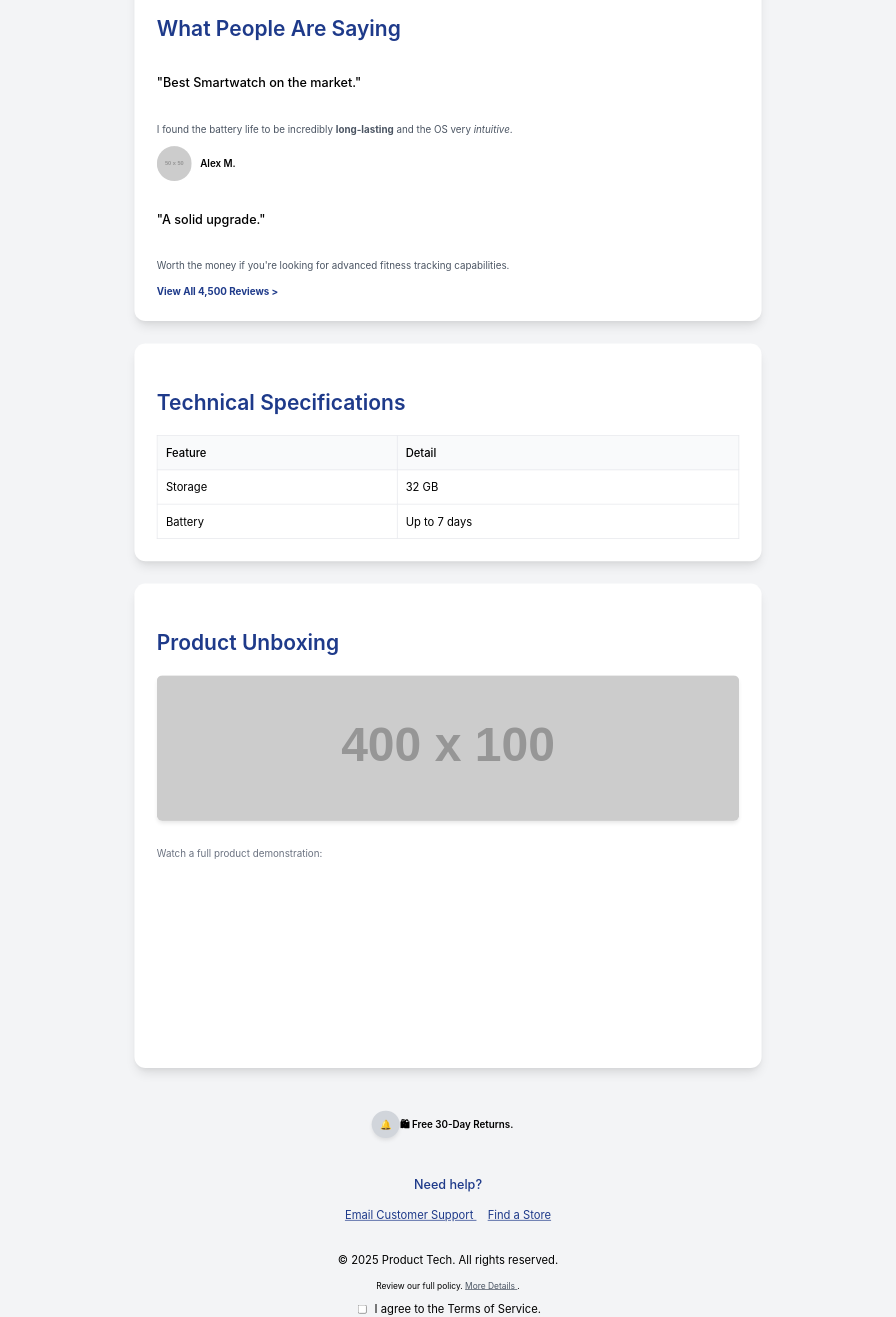
Repository: Tan47s/Accesability-Webpage
Page: ProductPage(modified).html
These files come from the project's save history. The page is drawn as it stood at one moment and after the next save; the edit follows.
The browser window is 1280 px wide. The pictures show the part of the page from y = 1324 to 3244 px (the page is 3206 px tall before and 3244 px after), at 70% of full size.
Pictures or frames that could not be fetched are drawn as grey boxes.

Above is the page before, as saved 2025-12-08 12:08:49.

### ProductPage(modified).html
<!DOCTYPE html>
<html lang="en"> <!--added lang attribute -->
<head>
    <meta charset="UTF-8">
    <meta name="viewport" content="width=device-width, initial-scale=1.0">
    <title>Product Launch</title>
    <style>
        :root {
            --brand-blue: #1e3a8a;
            --light-blue-text: #ffffff;
            --low-contrast-red: #111111; /*improved contrast */
            --dark-gray: #4b5563;
        }

        :focus { outline: none; }

        body {
            font-family: 'Inter', sans-serif;
            font-size: 16px;
            background-color: #f3f4f6;
            line-height: 1.5;
            margin: 0;
            padding: 0;
        }

        .container {
            max-width: 896px;
            margin-left: auto;
            margin-right: auto;
            padding-left: 1rem;
            padding-right: 1rem;
        }

        .header {
            background-color: var(--brand-blue);
            color: white;
            padding-top: 1rem;
            padding-bottom: 1rem;
            box-shadow: 0 10px 15px -3px rgba(0,0,0,0.1),
                        0 4px 6px -2px rgba(0,0,0,0.05);
            position: sticky;
            top: 0;
            z-index: 10;
        }

        .flex-row-center {
            display: flex;
            justify-content: space-between;
            align-items: center;
        }

        .product-section {
            background-color: #ffffff;
            padding: 32px;
            border-radius: 16px;
            box-shadow: 0 10px 15px -3px rgba(0,0,0,0.1),
                        0 4px 6px -2px rgba(0,0,0,0.05);
            margin-bottom: 32px;
        }

        .product-layout {
            display: flex;
            flex-direction: column;
            gap: 32px;
        }

        @media (min-width: 768px) {
            .product-layout {
                flex-direction: row;
            }
            .product-layout > div {
                width: 50%;
            }
        }

        .search-input {
            padding: 8px;
            font-size: 0.875rem;
            color: #1f2937;
            border-radius: 8px;
            border: 1px solid #d1d5db;
        }

        .justified-text { text-align: justify; }

        .sale-indicator {
            color: var(--low-contrast-red);
            font-size: 1rem;
            font-weight: bold;
        }

        .Produt-title { font-size: 48px; margin: 1%; }
        .Price { font-size: 26px; margin: 1%; }

        .def-image {
            margin: 10%;
            width: 350px;
            height: 350px;
            object-fit: contain;
            border-radius: 20px;
        }

        .color-options {
            margin-top: 20px;
            display: flex;
            justify-content: center;
            gap: 15px;
        }

        .color-circle {
            width: 20px;
            height: 20px;
            border-radius: 50%;
            cursor: pointer;
            border: 2px solid #ddd;
            transition: transform 0.2s ease;
        }

        .view-image {
            position: relative;
            left: 125px;
            margin-bottom: 10px;
        }

        .low-contrast-button {
            background-color: #3b82f6;
            color: var(--light-blue-text);
            display: block;
            text-align: center;
            padding: 1rem;
            font-weight: bold;
            border-radius: 8px;
            cursor: pointer;
            font-size: 1.25rem;
        }

        .input-style {
            padding: 12px;
            border: 1px solid #d1d5db;
            border-radius: 8px;
            width: 100%;
        }

        .main-content {
            padding: 24px;
            margin-top: 0;
            margin-bottom: 0;
        }
    </style>

</head>
<body>

    <div class="header">
        <div class="container flex-row-center">
            <h2 style="font-size: 2.25rem; font-weight: 800;">Product X</h2>

            <div style="display: flex; align-items: center; gap: 1.5rem;"> <!-- MODIFIED -->

                <input type="search"
                       class="search-input"
                       placeholder="Search products..."
                       title="Search products"
                       style="width: 220px;"> <!-- MODIFIED -->

                <button onclick="runSearch()" aria-label="Search button"
                        style="background:none; border:none; cursor:pointer; color:white;">
                    <svg xmlns="http://www.w3.org/2000/svg" width="22" height="22"
                        fill="none" stroke="currentColor" stroke-width="2"
                        stroke-linecap="round" stroke-linejoin="round">
                        <circle cx="11" cy="11" r="8"></circle>
                        <line x1="21" y1="21" x2="16.65" y2="16.65"></line>
                    </svg>
                </button>

                <button aria-label="Cart" style="background:none; border:none; cursor:pointer; color:white;">
                    <svg xmlns="http://www.w3.org/2000/svg" style="height:24px;width:24px;" fill="none"
                         viewBox="0 0 24 24" stroke="currentColor" stroke-width="2">
                        <path stroke-linecap="round" stroke-linejoin="round"
                              d="M3 3h2l.4 2M7 13h10l4-8H5.4M7 13
                                  L5.4 5M7 13l-2.293 2.293c-.63.63-.184 1.707.707 1.707H17
                                  m0 0a2 2 0 100 4 2 2 0 000-4
                                  m-8 2a2 2 0 11-4 0 2 2 0 014 0z" />
                    </svg>
                </button>

            </div>
        </div>
    </div>

    <main class="container main-content">


        <section id="product-spotlight" class="product-section">
            <div class="product-layout">

                <div class="Product-image">
                    <img id="default-image"
                        src="https://smartwatch-straps.co.uk/cdn/shop/files/zwart_b0353297-f6f7-4c34-970d-a214b41f9507.jpg?v=1725032130"
                        class="def-image" alt="Product">

                    <a href="https://smartwatch-straps.co.uk/cdn/shop/files/zwart_b0353297-f6f7-4c34-970d-a214b41f9507.jpg?v=1725032130"
                        target="_blank" class="view-image">
                        View Product Image
                    </a>

                    <div class="color-options">
                        <div class="color-circle"
                            data-img="https://smartwatch-straps.co.uk/cdn/shop/files/donkerblauw_d25abeb5-d6a6-41f2-b02a-d47b17d8ccf4.jpg?v=1725032229&width=600"
                            data-color="Blue" style="background:#1e3a8a;"></div>

                        <div class="color-circle"
                            data-img="https://smartwatch-straps.co.uk/cdn/shop/files/rood_c1f84d11-1299-4c18-b778-5f294b51209f.jpg?v=1725032151&width=600"
                            data-color="Red" style="background:#dc2626;"></div>

                        <div class="color-circle"
                            data-img="https://smartwatch-straps.co.uk/cdn/shop/files/zwart_b0353297-f6f7-4c34-970d-a214b41f9507.jpg?v=1725032130"
                            data-color="Black" style="background:#111827;"></div>
                    </div>
                </div>

                <div style="display:flex;flex-direction:column;gap:1.5rem;">
                    <h1 class="sale-indicator">Sale! 40% OFF Today.</h1>
                    <h1 class="Produt-title">Product X pro 2</h1>
                    <h1 class="Price">Price - 299$</h1>

                    <p>Experience the future on your wrist with the Product X Ultra...</p>

                    <select id="size-select" class="input-style">
                        <option value="">-- Select Size --</option>
                        <option value="42mm">42mm (Standard)</option>
                        <option value="46mm">46mm (Large)</option>
                    </select>

                    <div id="buy-now-btn" class="low-contrast-button" onclick="addToCart()">
                        Add to Cart
                    </div>

                    <div id="cart-status" style="display:none;"></div>
                </div>

            </div>
        </section>


        <section id="features" class="product-section">
            <h2 style="font-size:1.875rem;font-weight:600;color:var(--brand-blue); margin-bottom:1.5rem;">
                Core Features
            </h2> <!-- fixed heading skip -->

            <div class="features-grid">
                <div class="feature-card">
                    <p style="font-size:1.25rem;font-weight:500;">1. Always-On Display</p>
                    <p style="font-size:0.875rem;color:#4b5563;">Check your metrics at a glance, day or night.</p>
                </div>

                <div class="feature-card">
                    <p style="font-size:1.25rem;font-weight:500;">2. Ultra Health Monitoring</p>
                    <p style="font-size:0.875rem;color:#4b5563;">ECG, Sleep Tracking, and Blood Oxygen.</p>
                </div>

                <div class="feature-card">
                    <p style="font-size:1.25rem;font-weight:500;">3. Waterproof Design</p>
                    <p style="font-size:0.875rem;color:#4b5563;">Rated IP68 for swimming and harsh conditions.</p>
                </div>
            </div>

            <p style="font-size:0.875rem;margin-top:2rem;color:#6b7280;" class="justified-text">
                The Product X Smartwatch represents a major leap in wearable technology...
            </p>
        </section>


        <section id="reviews" class="product-section">
            <h3 style="font-size:1.875rem;font-weight:600;color:var(--brand-blue);margin-bottom:1.5rem;">
                What People Are Saying
            </h3>

            <div class="review-divider">
                <h6 style="font-size:1.125rem;font-weight:500;">"Best Smartwatch on the market."</h6>

                <p style="font-size:0.875rem;color:#4b5563;margin-top:4px;">
                    I found the battery life to be incredibly
                    <b style="color:#4b5563;">long-lasting</b> and the OS very <i>intuitive</i>.<!-- fixed contrast -->
                </p>

                <div style="display:flex;align-items:center;margin-top:12px;">
                    <img src="https://placehold.co/50x50/d1d5db/374151?text=A"
                         alt="picture"
                         class="review-author-img"
                         style="border-radius:9999px;margin-right:12px;">
                    <p style="font-size:0.875rem;font-weight:600;">Alex M.</p>
                </div>
            </div>

            <div class="review-divider">
                <h6 style="font-size:1.125rem;font-weight:500;">"A solid upgrade."</h6>
                <p style="font-size:0.875rem;color:#4b5563;margin-top:4px;">
                    Worth the money if you're looking for advanced fitness tracking capabilities.
                </p>
            </div>

            <span id="next-product-span"
                  style="font-size:0.875rem;font-weight:700;color:var(--brand-blue);
                         cursor:pointer;margin-top:16px;display:block;">
                View All 4,500 Reviews &gt;
            </span>
        </section>


        <section id="tech-specs" class="product-section">
            <h3 style="font-size:1.875rem;font-weight:600;color:var(--brand-blue);margin-bottom:1.5rem;">
                Technical Specifications
            </h3>

            <table style="width:100%;text-align:left;border-collapse:collapse;border:1px solid #e5e7eb;">
                <thead>
                    <tr style="background-color:#f9fafb;">
                        <th style="border:1px solid #e5e7eb;padding:12px;font-weight:500;">Feature</th>
                        <th style="border:1px solid #e5e7eb;padding:12px;font-weight:500;">Detail</th>
                    </tr>
                </thead>
                <tbody>
                    <tr>
                        <td style="border:1px solid #e5e7eb;padding:12px;">Storage</td>
                        <td style="border:1px solid #e5e7eb;padding:12px;">32 GB</td>
                    </tr>
                    <tr>
                        <td style="border:1px solid #e5e7eb;padding:12px;">Battery</td>
                        <td style="border:1px solid #e5e7eb;padding:12px;">Up to 7 days</td>
                    </tr>
                </tbody>
            </table>
        </section>


        <section id="promo" class="product-section">
            <h3 style="font-size:1.875rem;font-weight:600;color:var(--brand-blue);margin-bottom:1.5rem;">
                Product Unboxing
            </h3>

            <img src="https://placehold.co/400x100/1e3a8a/60a5fa?text=Limited+Time+Offer+-+Free+Shipping"
                 alt=""
                 style="border-radius:8px;box-shadow:0 4px 6px -1px rgba(0,0,0,0.1);
                        margin-bottom:1rem;width:100%;height:auto;">

            <p style="font-size:0.875rem;color:#6b7280;margin-bottom:8px;">
                Watch a full product demonstration:
            </p>

            <iframe width="100%" height="250"
                    src="https://www.youtube.com/embed/S_T10uPq65g"
                    frameborder="0" allowfullscreen></iframe>
        </section>

        <div style="display:flex;justify-content:center;align-items:center;padding-top:24px;padding-bottom:24px;">
            <button style="background-color:#d1d5db;padding:12px;border-radius:9999px;border:none;
                           cursor:pointer;box-shadow:0 4px 6px -1px rgba(0,0,0,0.1);"
                onmouseover="this.style.backgroundColor='#9ca3af'"
                onmouseout="this.style.backgroundColor='#d1d5db'">
                <span style="color:var(--dark-gray);">&#128276;</span>
            </button>
            <p style="font-size:0.875rem;font-weight:600;margin-right:1rem;">
                &#128717; Free 30-Day Returns.
            </p>
        </div>

        <div style="text-align:center;margin-top:24px;">
            <p style="font-size:1.125rem;font-weight:500;color:var(--brand-blue);">Need help?</p>

            <span onclick="console.log('Email support clicked');"
                  style="color:var(--brand-blue);text-decoration:underline;cursor:pointer;">
                Email Customer Support
            </span>

            <a style="margin-left:1rem;color:var(--brand-blue);text-decoration:underline;">
                Find a Store
            </a>
        </div>

    </main>


    <footer>
        <div class="container" style="text-align:center;">
            <p>&copy; 2025 Product Tech. All rights reserved.</p>

            <p style="font-size:0.75rem;margin-top:8px;">
                Review our full policy.
                <a href="/warranty" target="_blank" style="color:#4b5563;text-decoration:underline;">
                    More Details
                </a>.
            </p>

            <div style="display:flex;align-items:center;justify-content:center;gap:0.5rem;margin-top:8px;">
            <label style="display: flex; align-items: center; gap: 0.5rem;">
               <input type="checkbox" id="terms-agree" name="terms-agree">
               <span>I agree to the Terms of Service.</span>
           </label>

            </div>
        </div>
    </footer>

    <script>
        function addToCart() {
            const cartStatus = document.getElementById('cart-status');
            cartStatus.textContent = "Item added to cart! Proceed to checkout.";
            cartStatus.style.display = 'block';
            cartStatus.style.backgroundColor = '#d1fae5';
            cartStatus.style.color = '#065f46';
            cartStatus.style.border = '1px solid #065f46';
        }

        function runSearch() {
            const searchBox = document.querySelector('.search-input');
            searchBox.focus();

            if (searchBox.value.trim() !== "") {
                console.log("Searching for:", searchBox.value);
            } else {
                console.log("Search triggered");
            }
        }

        function changeColor(colorName, newImg) {
            document.getElementById("default-image").src = newImg;

            const currentColor = document.getElementById("current-color");
            if (currentColor) currentColor.textContent = colorName;
        }

        const circles = document.querySelectorAll(".color-circle");
        circles.forEach(circle => {
            circle.addEventListener("click", () => {
                const newImg = circle.getAttribute("data-img");
                const colorName = circle.getAttribute("data-color");
                changeColor(colorName, newImg);
            });
        });

        window.onload = function() {
            const nextBtn = document.getElementById('next-product-span');
            if (nextBtn) {
                nextBtn.addEventListener('click', function() {
                    alert('Viewing next product');
                });
            }
        }
    </script>

</body>
</html>

After the next save:
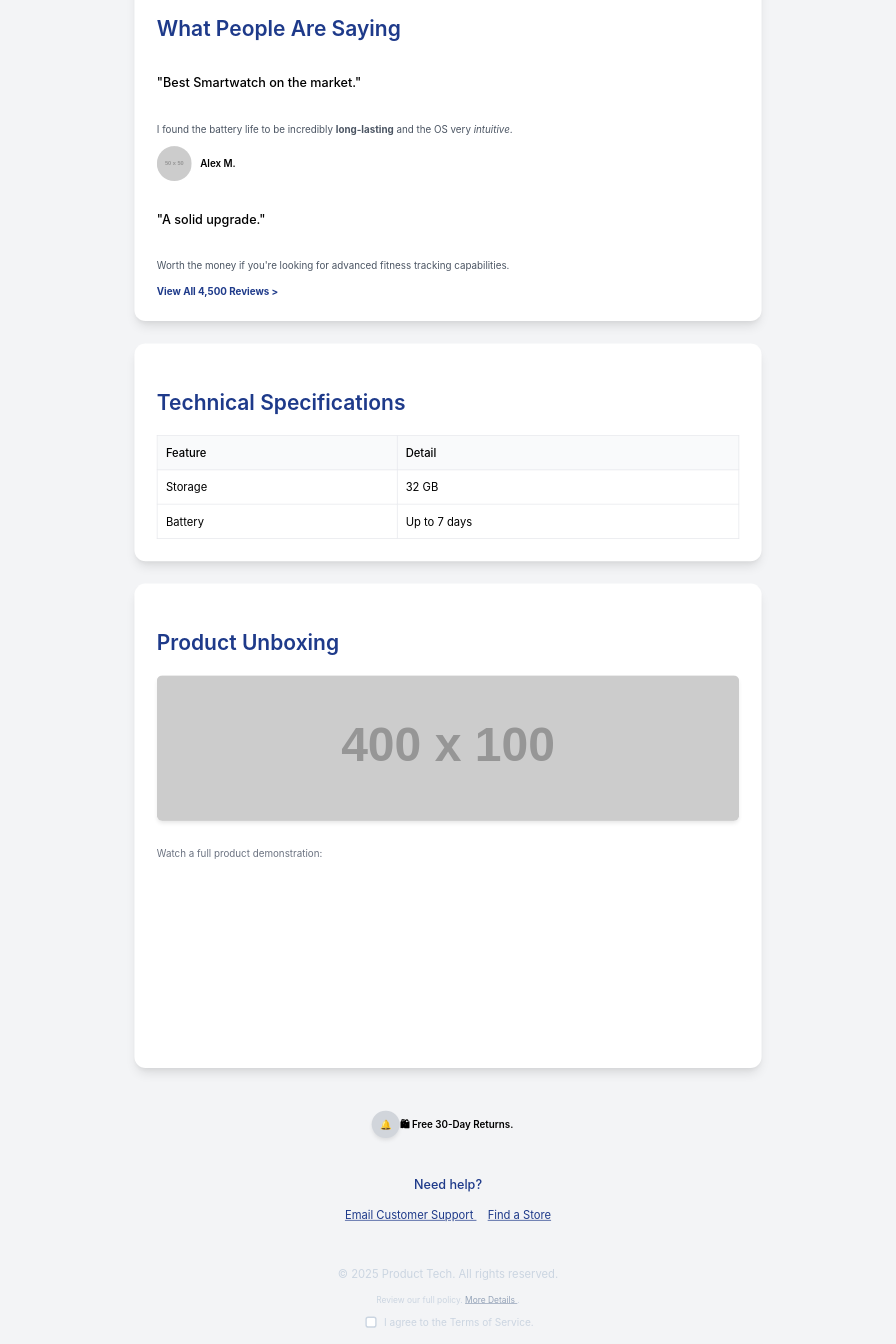
Saved 92 s later.
--- a/ProductPage(modified).html
+++ b/ProductPage(modified).html
@@ -382,25 +382,38 @@
 
 
     <footer>
-        <div class="container" style="text-align:center;">
-            <p>&copy; 2025 Product Tech. All rights reserved.</p>
-
-            <p style="font-size:0.75rem;margin-top:8px;">
-                Review our full policy.
-                <a href="/warranty" target="_blank" style="color:#4b5563;text-decoration:underline;">
-                    More Details
-                </a>.
-            </p>
-
-            <div style="display:flex;align-items:center;justify-content:center;gap:0.5rem;margin-top:8px;">
-            <label style="display: flex; align-items: center; gap: 0.5rem;">
-               <input type="checkbox" id="terms-agree" name="terms-agree">
-               <span>I agree to the Terms of Service.</span>
-           </label>
-
-            </div>
+    <div class="container" style="text-align:center; padding: 20px 0;">
+        <p style="color:#cbd5e1;">© 2025 Product Tech. All rights reserved.</p>
+
+        <p style="font-size:0.75rem; margin-top:8px; color:#cbd5e1;">
+            Review our full policy.
+            <a href="/warranty" target="_blank" style="color:#94a3b8; text-decoration:underline;">
+                More Details
+            </a>.
+        </p>
+
+        <div style="display:flex; align-items:center; justify-content:center; margin-top:12px;">
+            <label style="display:flex; align-items:center; gap:0.5rem; color:#cbd5e1; font-size:0.9rem;">
+                <input
+                    type="checkbox"
+                    id="terms-agree"
+                    name="terms-agree"
+                    style="
+                        width:16px;
+                        height:16px;
+                        appearance:none;
+                        border:2px solid #cbd5e1;
+                        border-radius:4px;
+                        background:#ffffff;
+                        cursor:pointer;
+                    "
+                >
+                I agree to the Terms of Service.
+            </label>
         </div>
-    </footer>
+    </div>
+</footer>
+
 
     <script>
         function addToCart() {
